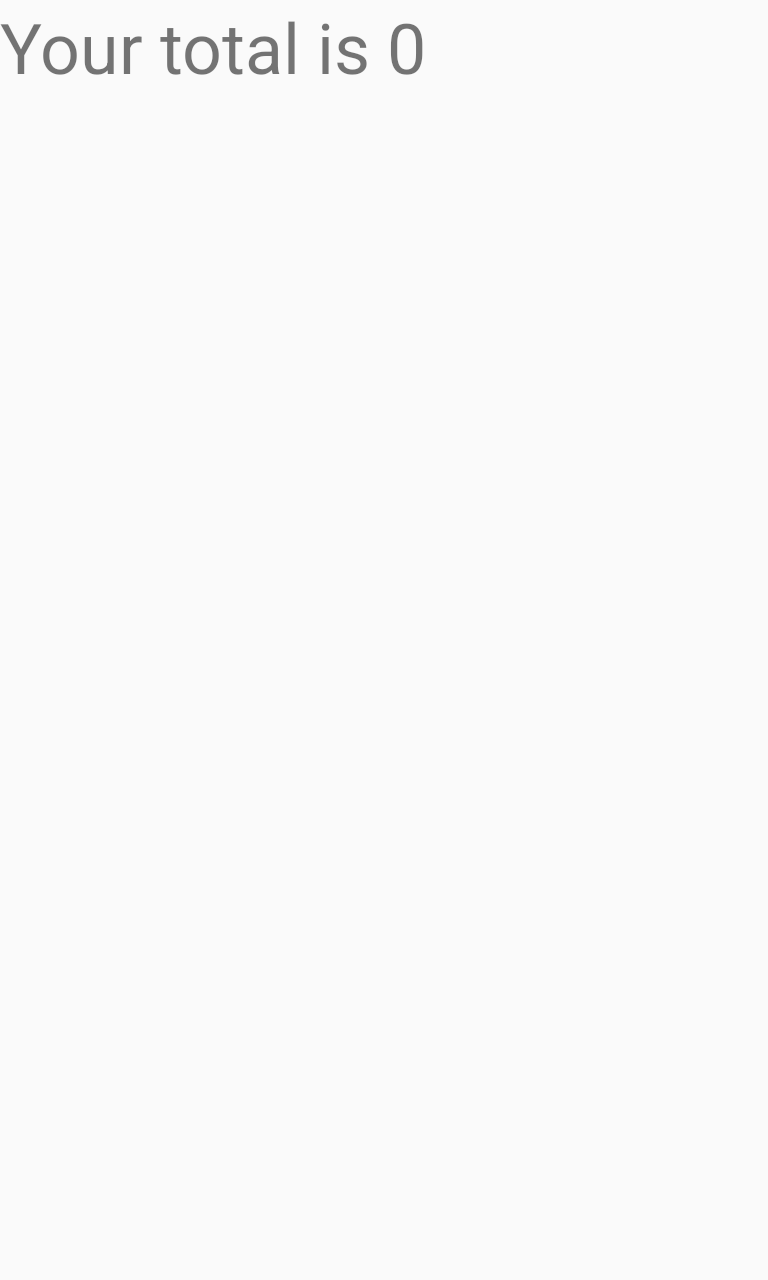
Repository: b1khat/Calendar_Project
Layout: Button_Tutorial/CalendarWorkSpace/Calendar/res/layout/activity_main.xml
The author's editor kept a copy of each file at every save. The layout is drawn from the files as they stood at one save, then again after the next save.
It is drawn on a 768 x 1280 px phone screen (xhdpi) without system bars, with theme AppTheme; the app's code is not run.

Above is the layout before, as saved 2015-10-12 19:10:58.

### Button_Tutorial/CalendarWorkSpace/Calendar/res/layout/activity_main.xml
<?xml version="1.0" encoding="utf-8"?>
<LinearLayout xmlns:android="http://schemas.android.com/apk/res/android"
    android:orientation="vertical"
    android:layout_width="match_parent"
    android:layout_height="match_parent"
  >

    <TextView
        android:layout_width="match_parent"
        android:layout_height="wrap_content"
        android:text="Your total is 0"
        android:textSize="35dp"
        android:layout_gravity="center"
    />


</LinearLayout>

Loaded but not shown: Button_Tutorial/CalendarWorkSpace/Calendar/res/values/styles.xml (common file); Button_Tutorial/CalendarWorkSpace/Calendar/res/values-v11/styles.xml (common file); Button_Tutorial/CalendarWorkSpace/Calendar/res/values-v14/styles.xml (common file)

After the next save:
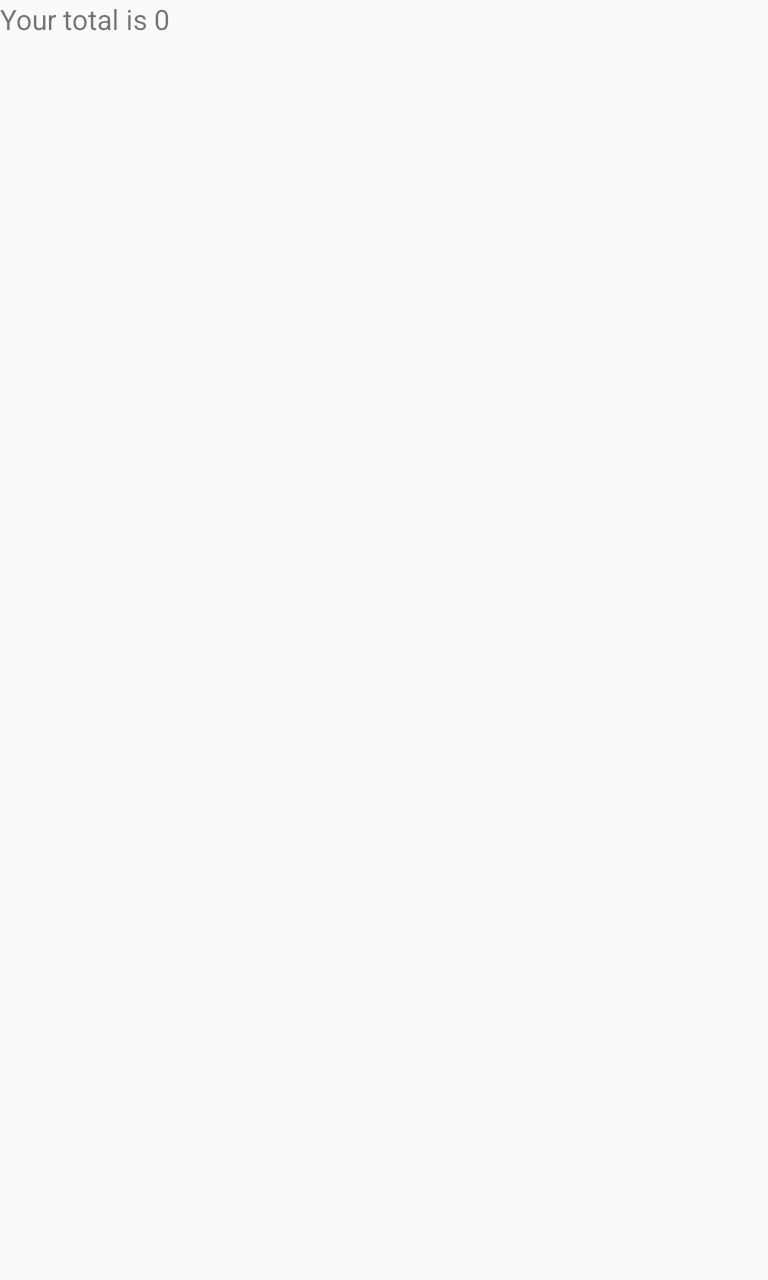
Saved 21 s later.
--- a/Button_Tutorial/CalendarWorkSpace/Calendar/res/layout/activity_main.xml
+++ b/Button_Tutorial/CalendarWorkSpace/Calendar/res/layout/activity_main.xml
@@ -9,7 +9,7 @@
         android:layout_width="match_parent"
         android:layout_height="wrap_content"
         android:text="Your total is 0"
-        android:textSize="35dp"
+
         android:layout_gravity="center"
     />
 

After the save that followed:
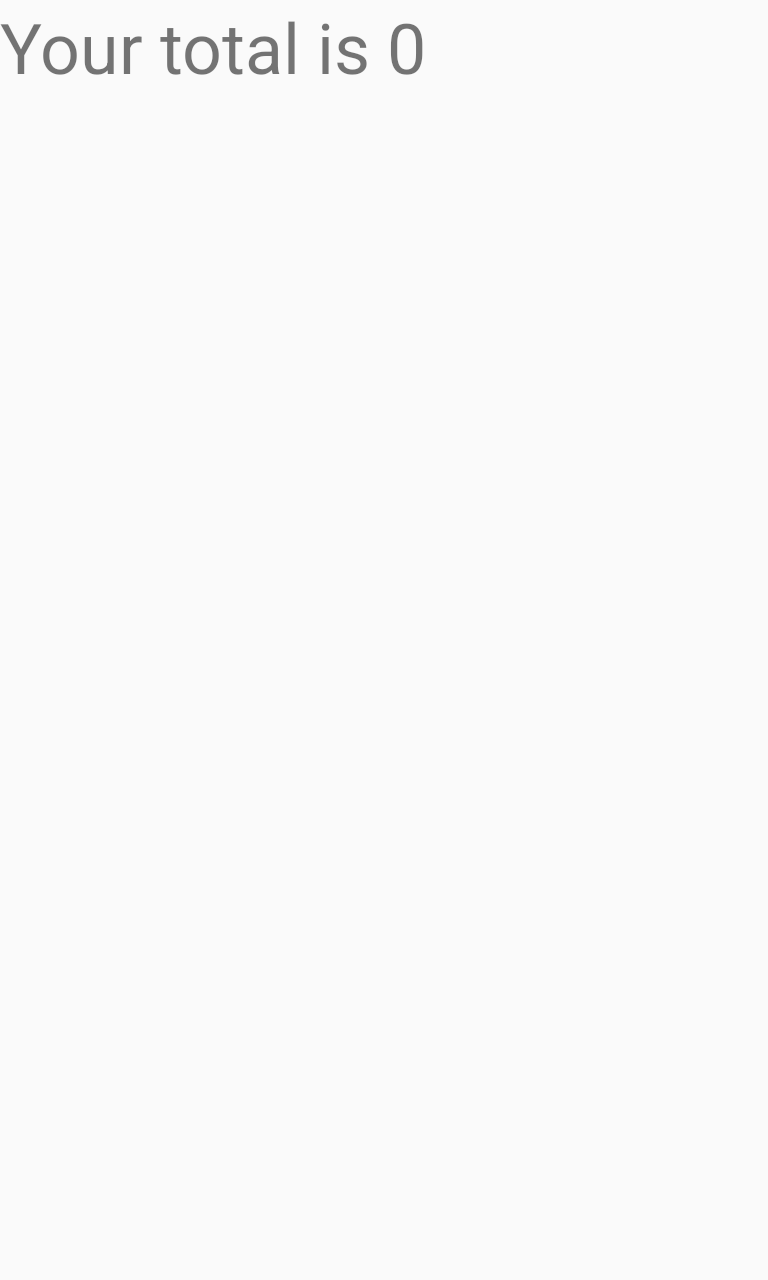
Saved 9 s later.
--- a/Button_Tutorial/CalendarWorkSpace/Calendar/res/layout/activity_main.xml
+++ b/Button_Tutorial/CalendarWorkSpace/Calendar/res/layout/activity_main.xml
@@ -9,7 +9,7 @@
         android:layout_width="match_parent"
         android:layout_height="wrap_content"
         android:text="Your total is 0"
-
+        android:textSize="35dp"
         android:layout_gravity="center"
     />
 
